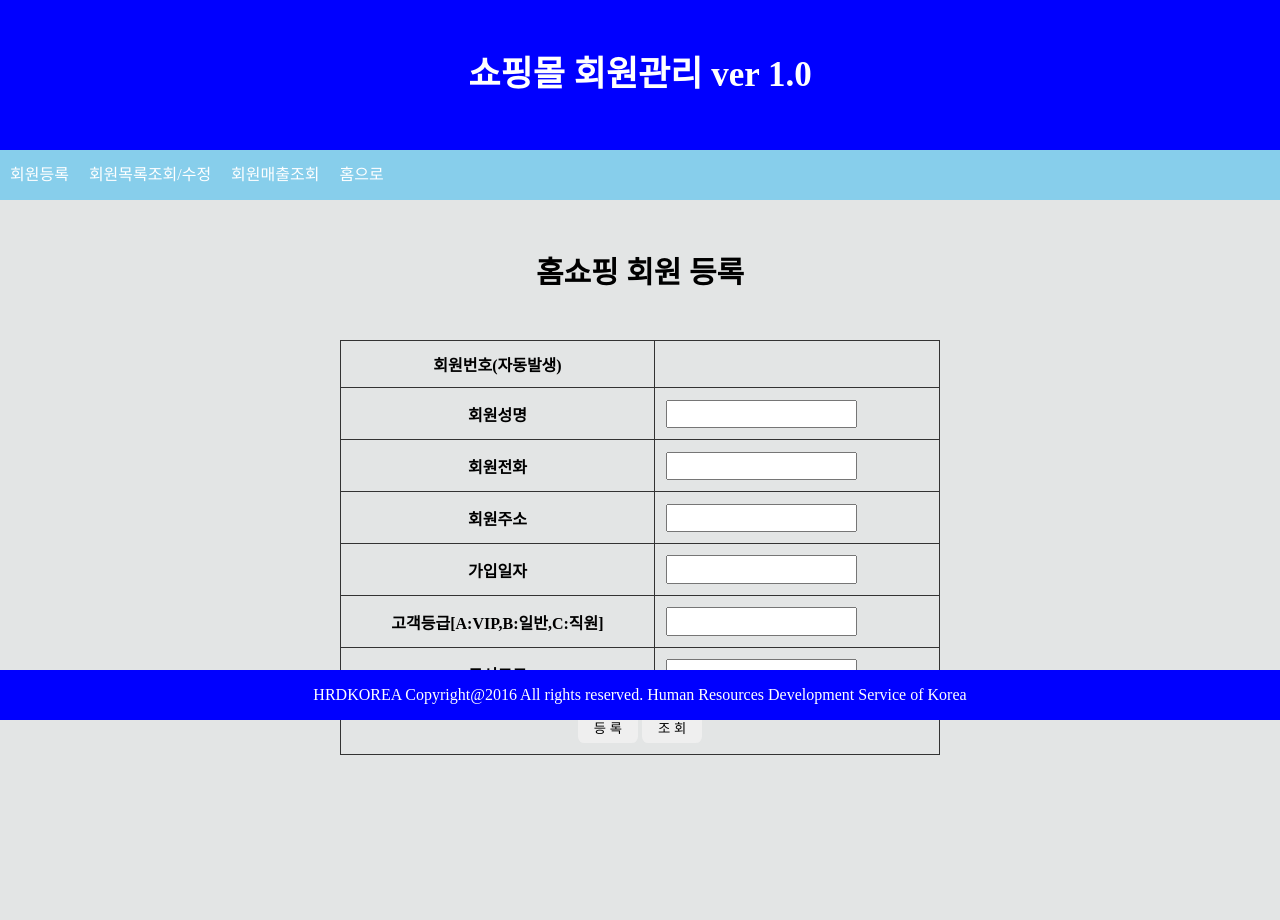
Repository: Up-Min/hrdkorea
Page: http://localhost/HRD_1234_easy2/add.jsp
These files come from the project's save history. The page is drawn as it stood at one moment and after the next save; the edit follows.
The browser window is 1280 px wide. The pictures show the whole page.
The page is served by Tomcat 9. Queries for data that is not in the repository find no rows.

Above is the page before, as saved 2022-12-23 07:10:47.

### HRD_1234_easy2/src/main/webapp/add.jsp
<%@ page language="java" contentType="text/html; charset=UTF-8"
    pageEncoding="UTF-8"%>
<!DOCTYPE html>
<html>
<head>
<meta charset="UTF-8">
<title>Insert title here</title>
<script src="script.js"></script>
<link rel="stylesheet" href="style.css">
</head>
<body>
	<%@ include file="topmenu.jsp"%>
	<section>
		<div class="title">홈쇼핑 회원 등록</div>
		<form name="frm" action="action.jsp">
		<input type="hidden" name="gubun" value="add">
			<div class="wrapper">
				<table>
					<tr>
						<th>회원번호(자동발생)</th>
						<td>
						</td>
					</tr>
					<tr>
						<th>회원성명</th>
						<td><input type="text" name="custname"></td>
					</tr>
					<tr>
						<th>회원전화</th>
						<td><input type="text" name="phone"></td>
					</tr>
					<tr>
						<th>회원주소</th>
						<td><input type="text" name="address"></td>
					</tr>
					<tr>
						<th>가입일자</th>
						<td><input type="text" name="joindate"></td>
					</tr>
					<tr>
						<th>고객등급[A:VIP,B:일반,C:직원]</th>
						<td><input type="text" name="grade"></td>
					</tr>
					<tr>
						<th>도시코드</th>
						<td><input type="text" name="city"></td>
					</tr>
					<tr>
						<td colspan="2">
							<button class="btn" type="submit"
								onclick="fn_submit(); return false;">등 록</button>
							<button class="btn" type="button" onclick="location='list'">조
								회</button>
						</td>
					</tr>
				</table>
			</div>
		</form>
	</section>
	<%@ include file="footer.jsp"%>
</body>
</html>

### HRD_1234_easy2/src/main/webapp/topmenu.jsp
<%@ page language="java" contentType="text/html; charset=UTF-8"
	pageEncoding="UTF-8"%>
<!DOCTYPE html>
<html>
<head>
<meta charset="UTF-8">
<title>Insert title here</title>
</head>
<body>
	<header> 쇼핑몰 회원관리 ver 1.0 </header>
	<nav>
		<ul>
			<li><a href="add.jsp">회원등록</a></li>
			<li><a href="list.jsp">회원목록조회/수정</a></li>
			<li><a href="result.jsp">회원매출조회</a></li>
			<li><a href="index.jsp">홈으로</a></li>
		</ul>
	</nav>
</body>
</html>

### HRD_1234_easy2/src/main/webapp/footer.jsp
<%@ page language="java" contentType="text/html; charset=UTF-8"
	pageEncoding="UTF-8"%>
<!DOCTYPE html>
<html>
<head>
<meta charset="UTF-8">
<title>Insert title here</title>
</head>
<body>
	<footer> HRDKOREA Copyright@2016 All rights reserved. Human
		Resources Development Service of Korea </footer>
</body>
</html>

### HRD_1234_easy2/src/main/webapp/script.js
function fn_submit(){
	var fn = document.frm;
	if(fn.custname.value == ""){
		alert("회원성명이 입력되지 않았습니다.");
		fn.custname.focus();
		return false;
	}
	if(fn.phone.value == ""){
		alert("회원전화가 입력되지 않았습니다.");
		fn.phone.focus();
		return false;
	}
	if(fn.address.value == ""){
		alert("회원주소가 입력되지 않았습니다.");
		fn.address.focus();
		return false;
	}
	if(fn.joindate.value == ""){
		alert("가입일자가 입력되지 않았습니다.");
		fn.joindate.focus();
		return false;
	}
	if(fn.grade.value == ""){
		alert("고객등급이 입력되지 않았습니다.");
		fn.grade.focus();
		return false;
	}
	if(fn.city.value == ""){
		alert("도시코드가 입력되지 않았습니다.");
		fn.city.focus();
		return false;
	}
	fn.submit();
}

### HRD_1234_easy2/src/main/webapp/style.css
@charset "UTF-8";

* {
	margin: 0;
	padding: 0;
}

body {
	font-family: gulim;
}

header {
	top: 0;
	height: 150px;
	line-height: 150px;
	width: 100%;
	background: blue;
	text-align: center;
	font-size: 35px;
	font-weight: 900;
	color: #fff;
}

nav ul {
	height: 50px;
	line-height: 50px;
	width: 100%;
	background: skyblue;
}

nav ul li {
	list-style: none;
	float: left;
	padding: 0 10px;
}

a {
	text-decoration: none;
	color: #fff;
}

a:hover {
	cursor: pointer;
	opacity: 0.3;
}

section {
	position: absolute;
	overflow: auto;
	width: 100%;
	height: 100%;
	background: #e3e5e5;
}

.main {
	margin: 0 2rem;
}

.main ul li {
	list-style: number;
}

.title {
	font-size: 30px;
	font-weight: 900;
	text-align: center;
	margin: 3rem;
}

.wrapper {
	display: flex;
	justify-content: center;
	align-items: center;
	text-align: center;
}

table {
	width: 600px;
}

table, tr, th, td {
	border: 1px solid #333;
	border-collapse: collapse;
	padding: 0.7rem;
}

td input {
	float: left;
	padding: 0.3rem;
}

.btn {
	padding: 0.4rem 1rem;
	border-radius: 0.4rem;
	border: 0;
}

.btn:hover {
	opacity: 0.6;
	cursor: pointer;
}

footer {
	position: fixed;
	bottom: 0;
	width: 100%;
	height: 50px;
	line-height: 50px;
	text-align: center;
	background: blue;
	color: white;
}

After the next save:
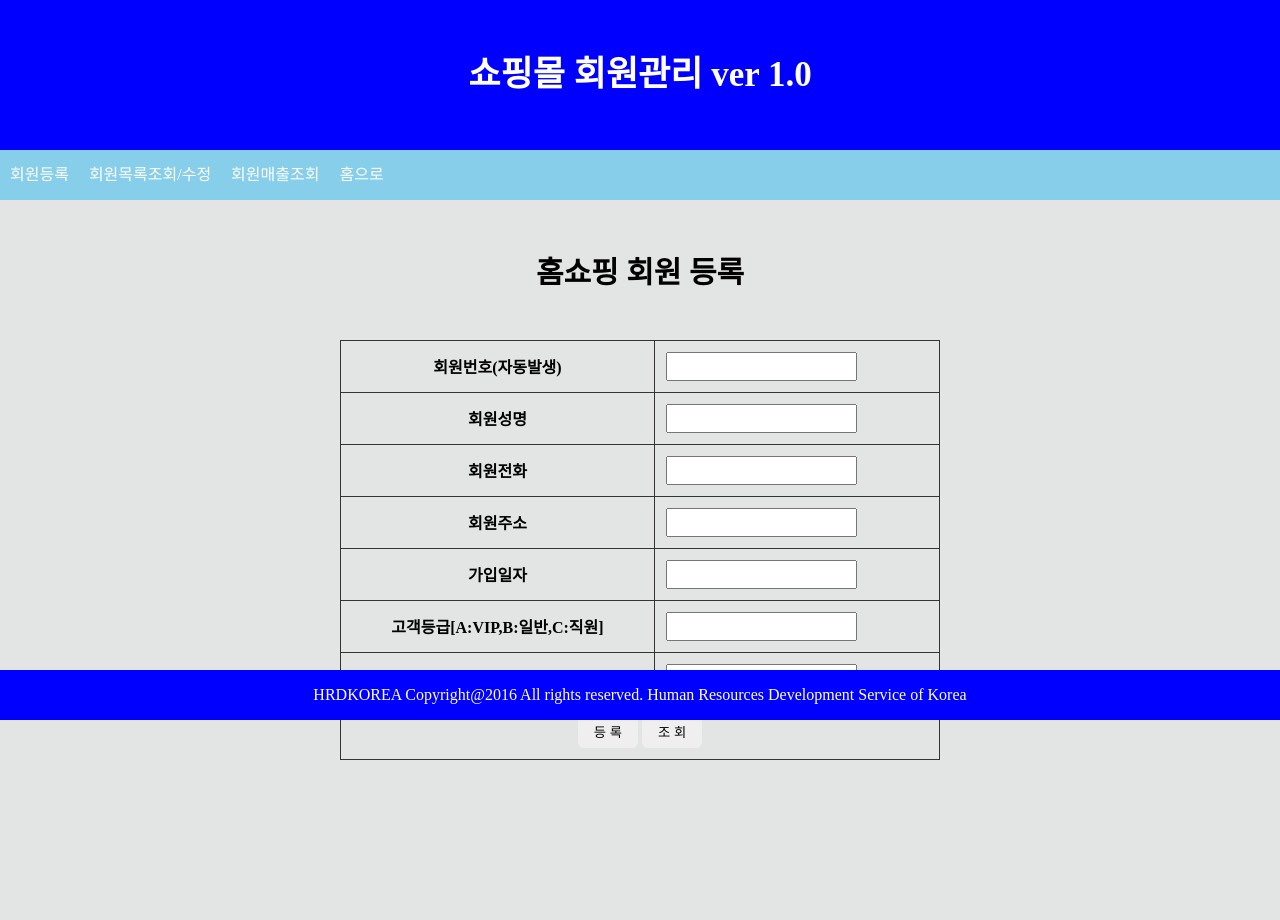
Saved 40 s later.
--- a/HRD_1234_easy2/src/main/webapp/add.jsp
+++ b/HRD_1234_easy2/src/main/webapp/add.jsp
@@ -1,5 +1,5 @@
 <%@ page language="java" contentType="text/html; charset=UTF-8"
-    pageEncoding="UTF-8"%>
+	pageEncoding="UTF-8"%>
 <!DOCTYPE html>
 <html>
 <head>
@@ -13,12 +13,13 @@
 	<section>
 		<div class="title">홈쇼핑 회원 등록</div>
 		<form name="frm" action="action.jsp">
-		<input type="hidden" name="gubun" value="add">
+			<input type="hidden" name="gubun" value="add">
 			<div class="wrapper">
 				<table>
 					<tr>
 						<th>회원번호(자동발생)</th>
 						<td>
+						<input name="custno" value="" readonly>
 						</td>
 					</tr>
 					<tr>

After the 3 saves that followed:
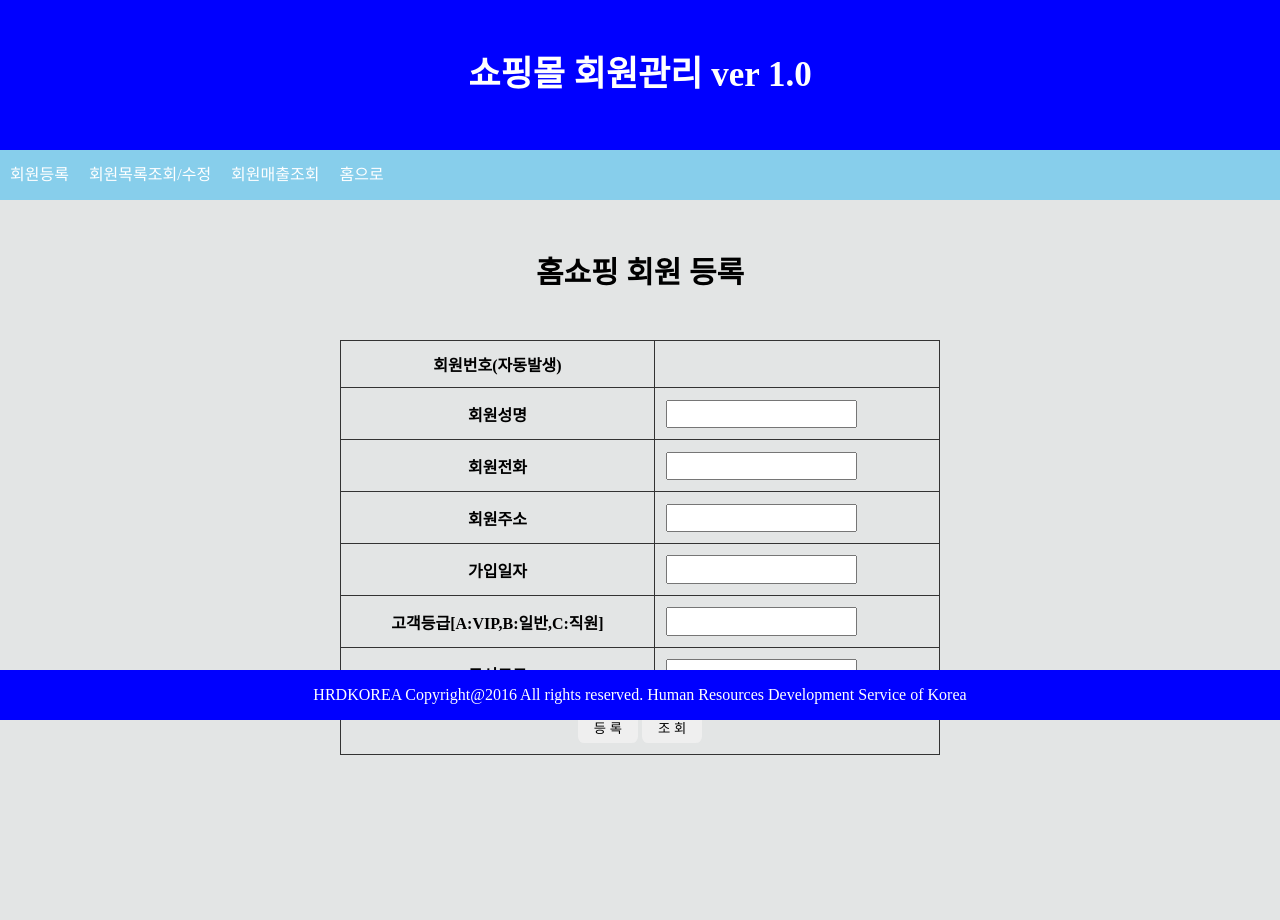
The 3 saves are shown as one change because 2 left the picture as it was.
The last was saved 8 min 11 s later.
--- a/HRD_1234_easy2/src/main/webapp/add.jsp
+++ b/HRD_1234_easy2/src/main/webapp/add.jsp
@@ -1,5 +1,8 @@
 <%@ page language="java" contentType="text/html; charset=UTF-8"
 	pageEncoding="UTF-8"%>
+	<%@ page import = "java.util.*" %>
+	<%@ page import = "java.sql.*" %>
+
 <!DOCTYPE html>
 <html>
 <head>
@@ -19,7 +22,27 @@
 					<tr>
 						<th>회원번호(자동발생)</th>
 						<td>
-						<input name="custno" value="" readonly>
+						<!-- jsp코드가 여기 들어갈거임 -->
+						<%
+						try{
+						Class.forName("oracle.jdbc.OracleDriver");
+						Connection con = DriverManager.getConnection("jdbc:oracle:thin:@//localhost:1524/xe", "gisa", "gisa1234");
+						Statement stmt = con.createStatement(); //DB 커넥션 연결
+						String sql = "SELECT max(custno)+1 custno FROM member_tbl_02";
+						ResultSet rs = stmt.executeQuery(sql); //쿼리 실행
+
+						if(rs.next()){
+						%>
+						<input type = "text" name="custno" value="<%= rs.getInt(1)%>" readonly>
+
+						<%}
+						con.close();
+						stmt.close();
+						}catch(Exception e){
+							e.printStackTrace();
+						}
+
+						%>
 						</td>
 					</tr>
 					<tr>
